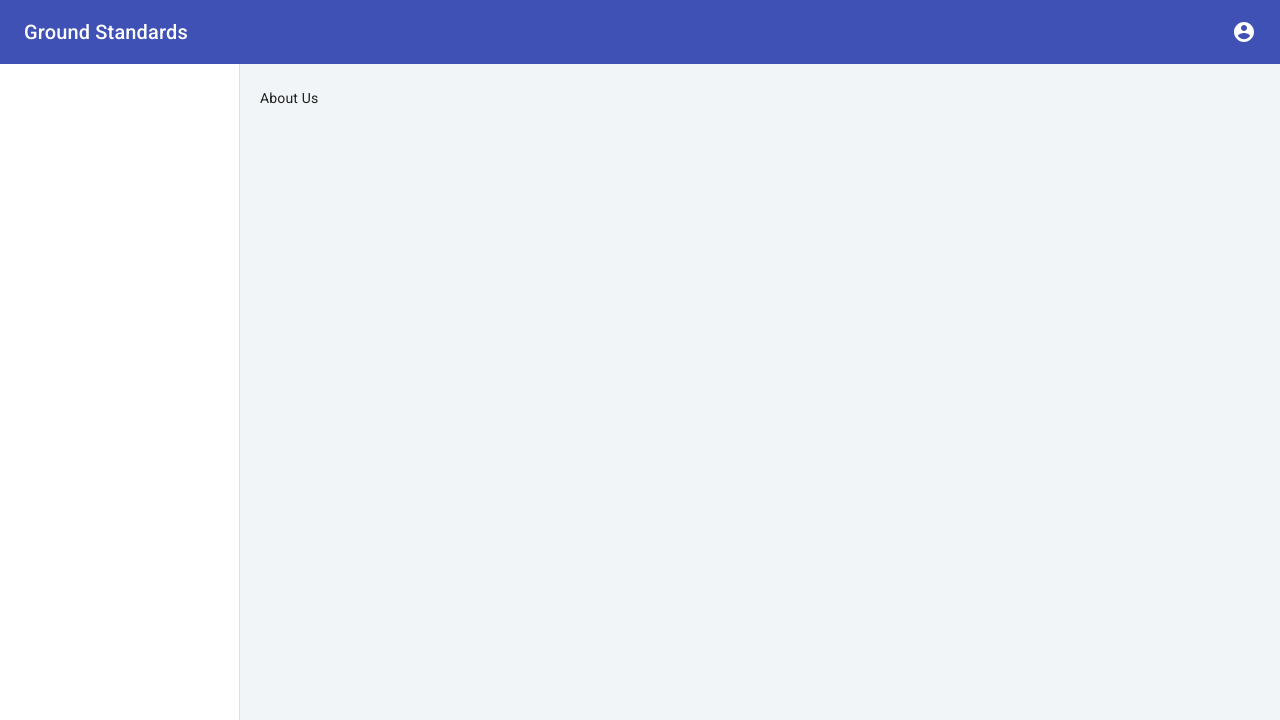
Repository: vinuvish/groundstandards_react
Page: /
These files come from the project's save history. The page is drawn as it stood at one moment and after the next save; the edit follows.
The browser window is 1280 px wide. The pictures show the whole page.
The page's requests for data from a server got no answer. The project was rebuilt for these pictures with package versions that can differ from the ones it lists, and the page was loaded fresh each time. No one was signed in, and anything a server would have sent is missing. Also part of the build but not shown: src/pages/app/NotFoundPage.tsx, src/pages/app/SignUpPage.tsx, src/pages/app/AboutPage.tsx, src/pages/app/OurSolutionPage.tsx, src/pages/app/OurPartnerPage.tsx, src/pages/app/ResourcePage.tsx, src/pages/app/PressPage.tsx, src/pages/app/BlockPage.tsx and 1 more.

Above is the page before, as saved 2020-11-25 22:11:03.

After the next save:
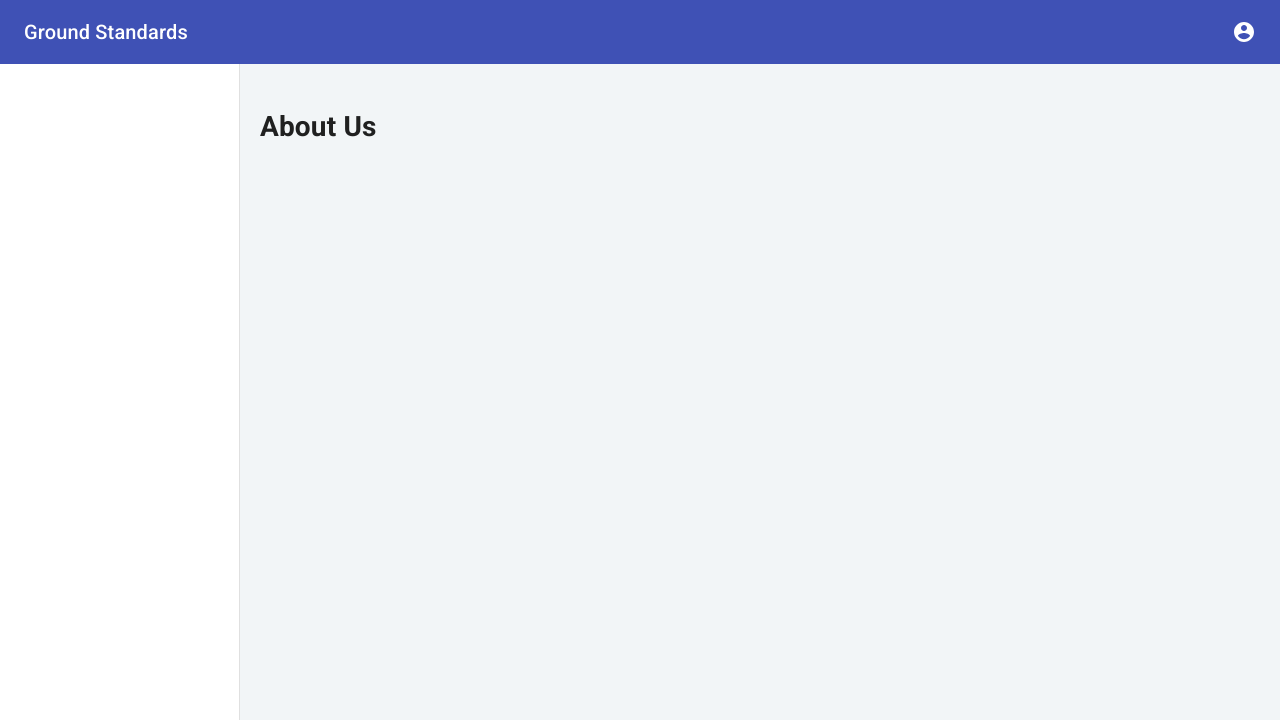
Saved 35 s later.
--- a/src/pages/app/AppHomePage.tsx
+++ b/src/pages/app/AppHomePage.tsx
@@ -6,7 +6,7 @@ interface Props { }
 
 const AppHomePage: React.FC<Props> = () => {
     const classes = useStyles();
-    return <div>About Us</div>;
+    return <h1>About Us</h1>;
 };
 
 const useStyles = makeStyles((theme: Theme) => ({
